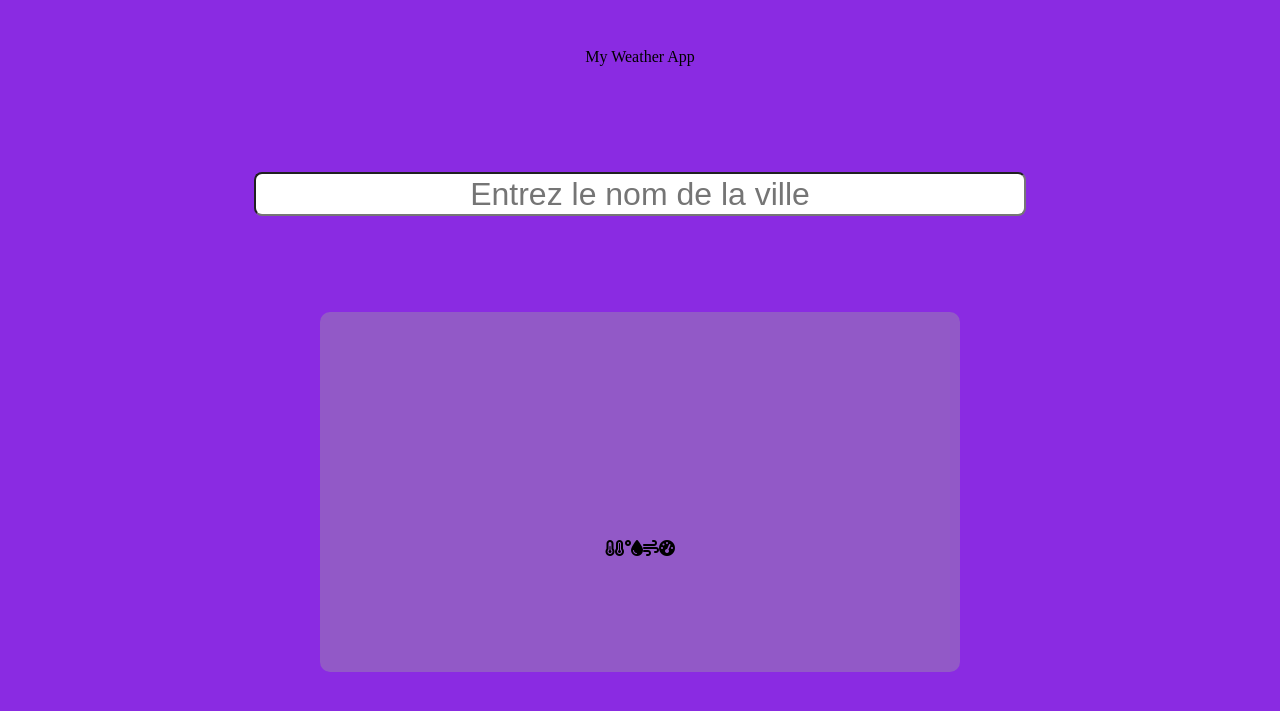
Repository: JeffnyAugustin/MyWeatherApp
Page: index.html
These files come from the project's save history. The page is drawn as it stood at one moment and after the next save; the edit follows.
The browser window is 1280 px wide. The pictures show the whole page.

Above is the page before, as saved 2023-11-14 16:38:22.

### index.html
<!DOCTYPE html>
<html lang="fr">

<head>
    <meta charset="UTF-8">
    <meta http-equiv="X-UA-Compatible" content="IE=edge">
    <meta name="viewport" content="width=device-width, initial-scale=1.0">
    <link rel="stylesheet" href="https://cdnjs.cloudflare.com/ajax/libs/font-awesome/6.4.0/css/all.min.css"
        integrity="sha512-iecdLmaskl7CVkqkXNQ/ZH/XLlvWZOJyj7Yy7tcenmpD1ypASozpmT/E0iPtmFIB46ZmdtAc9eNBvH0H/ZpiBw=="
        crossorigin="anonymous" referrerpolicy="no-referrer" />
    <link rel="stylesheet" href="/css/style.css">
    <title>My Weather App</title>
</head>

<body>

    <div id="container">My Weather App</div>

    <script src="/js/script.js"></script>
</body>

</html>

### css/style.css
* {
    padding : 0;
    margin: 0;
}

body {
display: flex;
justify-content: center;
}

#container {
    background-color: blueviolet;
    height: 100vh;
    width: 100vw;
    display: flex;
    flex-direction: column;
    align-items: center;
    justify-content: space-around;

}

#searchBox {
    text-align: center;
    width: 60%;
    height: 40px;
    border-radius: 8px;
    margin-top: 10px;
    font-size: 2rem;
}


#allTogether {
    width: 50VW;
    height: 50VH;
    display: flex;
    flex-direction: column;
    justify-content: space-evenly;
    align-items: center;
    background-color: rgb(158 158 158 / 40%);
    border-radius: 10px;
}

div#meteoElement {
    display: flex;
    flex-direction: row;
    justify-content: space-around;
    flex-wrap: wrap;
}

div#cityElement {
    display: flex;
    flex-direction: row;
    gap: 10px;
}

p {
    font-size: 2rem;
    color: white;
}

p.cityName {
    text-align: center;
}

### js/script.js
// Clé D'api
const API_KEY = "b476218e49ef0d0755a713e9ba77f79a";
// Lien vers L'api finissant par une recherche
const API_URL = `https://api.openweathermap.org/data/2.5/forecast?appid=${API_KEY}&units=metric&lang=fr&q=`;


const divContain = document.getElementById("container");
divContain.id = "container";

// Création barre de recherche
const inputSearch = document.createElement("input");
inputSearch.id = "searchBox";
inputSearch.type = "text";
inputSearch.placeholder = "Entrez le nom de la ville"; // Ajout du placeholder

// Création de div
const newDiv = document.createElement("div");
newDiv.id = "allTogether";

const infoCityDiv = document.createElement("div");
infoCityDiv.id = "cityDescription";


// Création de div oiuyr stocker img + description
const cityImgDiv = document.createElement("div");
cityImgDiv.id = "cityElement";

// Création de div pour afficher les informations météorologiques
const weather = document.createElement("div");
weather.id = "meteoElement";

// Création balise paragraphe pour collecter le nom de la ville
const cityName = document.createElement("p");
cityName.className = "cityName";

// Création de div pour afficher la température
const temperatureDiv = document.createElement("div");
temperatureDiv.className = "temperature-container";

// Création balise paragraphe
const temperature = document.createElement("p");
temperature.className = "temps";

// Création de div pour afficher le temps ressenti
const feelsLikeDiv = document.createElement("div");
feelsLikeDiv.className = "feels-like-container";

// Création balise paragraphe pour la sensation thermique
const feelsLike = document.createElement("p");
feelsLike.className = "feels-like";

// Création de div pour afficher l'humidité
const humidityDiv = document.createElement("div");
humidityDiv.className = "humidity-container";

// Création de balise paragraphe pour l'humidité
const humidity = document.createElement("p");
humidity.className = "humidity";

// Création de div pour afficher le vent
const windDiv = document.createElement("div");
windDiv.className = "wind-container";

// Création de balise wind
const DataWind = document.createElement("p");
DataWind.className = "wind";



// Création de div pour l'humidité
const pressureDiv = document.createElement("div");
pressureDiv.className = "pressure-container";

// Création de balise paragraphe pour la pression atmosphérique
const pressure = document.createElement("p");
pressure.className = "pressure";

// Création de div pour afficher la description
const descriptionDiv = document.createElement("div");
descriptionDiv.className = "description-container";

// Création de balise paragraphe pour la description
const description = document.createElement("p");
description.className = "description";



// Création balise image
const image = document.createElement("img");

// Création balise icône pour la température
const temperatureIcon = document.createElement("i");
temperatureIcon.className = "fas fa-thermometer-half";

// Création balise icône pour la sensation thermique
const feelsLikeIcon = document.createElement("i");
feelsLikeIcon.className = "fas fa-temperature-high";

// Création balise icône pour l'humidité
const humidityIcon = document.createElement("i");
humidityIcon.className = "fas fa-tint";

// Création balise icône pour le vent
const windIcon = document.createElement("i");
windIcon.className = "fas fa-wind";

// Création balise icône pour la pression
const pressureIcon = document.createElement("i");
pressureIcon.className = "fas fa-tachometer-alt";



temperatureDiv.append(temperatureIcon, temperature); // ajout de l'icône

feelsLikeDiv.append(feelsLikeIcon, feelsLike); // ajout de l'icône

humidityDiv.append(humidityIcon, humidity); // ajout de l'icône

windDiv.append(windIcon, DataWind); // ajout de l'icône

pressureDiv.append(pressureIcon, pressure)

descriptionDiv.appendChild( description); // ajout de l'icône

function checkWeather(city) {
    fetch(API_URL + city)
        .then(res => {
            if (!res.ok) {
                throw new Error("La ville n'a pas été trouvée");
            }
            return res.json();
        })
        .then(data => {
            cityName.textContent = data.city.name;
            image.src = `http://openweathermap.org/img/w/${data.list[0].weather[0].icon}.png`;

            description.textContent = data.list[0].weather[0].description;
            temperature.textContent = "temperatureIcon: " + Math.round(data.list[0].main.temp) + "°C";
            feelsLike.textContent = "Temps Ressenti : " + Math.round(data.list[0].main.feels_like) + "°C";
            humidity.textContent = "humidityIcon : " + data.list[0].main.humidity + "%";
            DataWind.textContent = "Vitesse du vent : " + Math.floor(data.list[0].wind.speed) + " Km/h";
            pressure.textContent = "Pression : " + data.list[0].main.pressure + " hPa";

        })
        .catch(error => {
            console.error("Erreur de requête :", error.message);
            // Ajoutez ici un traitement pour informer l'utilisateur de l'erreur
        });
}

inputSearch.addEventListener("change", () => {
    checkWeather(inputSearch.value);
});

weather.append(temperatureDiv, feelsLikeDiv, humidityDiv, windDiv, pressureDiv); // ajout des éléments Weather
newDiv.append(infoCityDiv, weather); // ajout du conteneur Weather à newDiv
infoCityDiv.append(cityName, cityImgDiv)
cityImgDiv.append(image, descriptionDiv)
divContain.append(inputSearch, newDiv); // ajout de tous les éléments à divContain
document.body.appendChild(divContain);



// Mise à jour des informations météorologiques toutes les 5 minutes
setInterval(function() {
    // Ici, mettre à jour les informations de la météo à l'aide de l'API ou d'autres sources
   }, 5 * 60 * 1000);

After the next save:
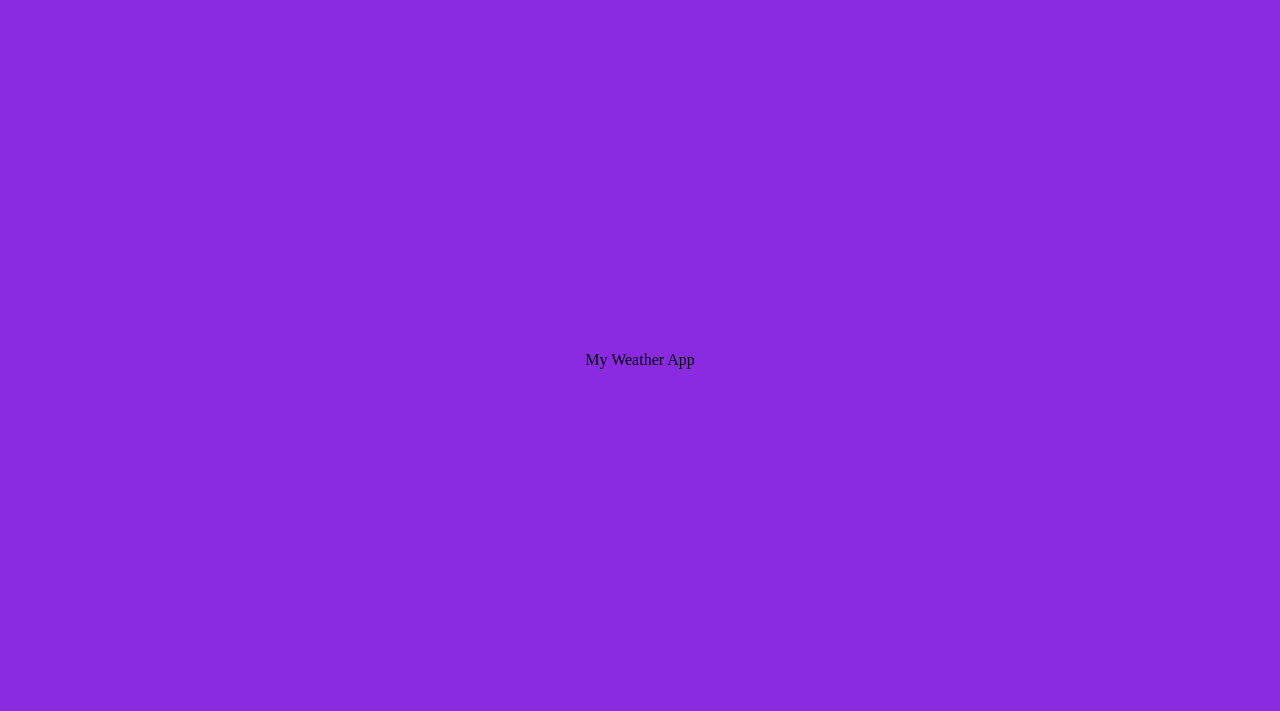
Console error: SyntaxError: Unexpected token ':'
Saved 7 s later.
--- a/js/script.js
+++ b/js/script.js
@@ -135,7 +135,7 @@
             image.src = `http://openweathermap.org/img/w/${data.list[0].weather[0].icon}.png`;
 
             description.textContent = data.list[0].weather[0].description;
-            temperature.textContent = "temperatureIcon: " + Math.round(data.list[0].main.temp) + "°C";
+            temperature.textContent = temperatureIcon: " + Math.round(data.list[0].main.temp) + "°C";
             feelsLike.textContent = "Temps Ressenti : " + Math.round(data.list[0].main.feels_like) + "°C";
             humidity.textContent = "humidityIcon : " + data.list[0].main.humidity + "%";
             DataWind.textContent = "Vitesse du vent : " + Math.floor(data.list[0].wind.speed) + " Km/h";

After the save that followed:
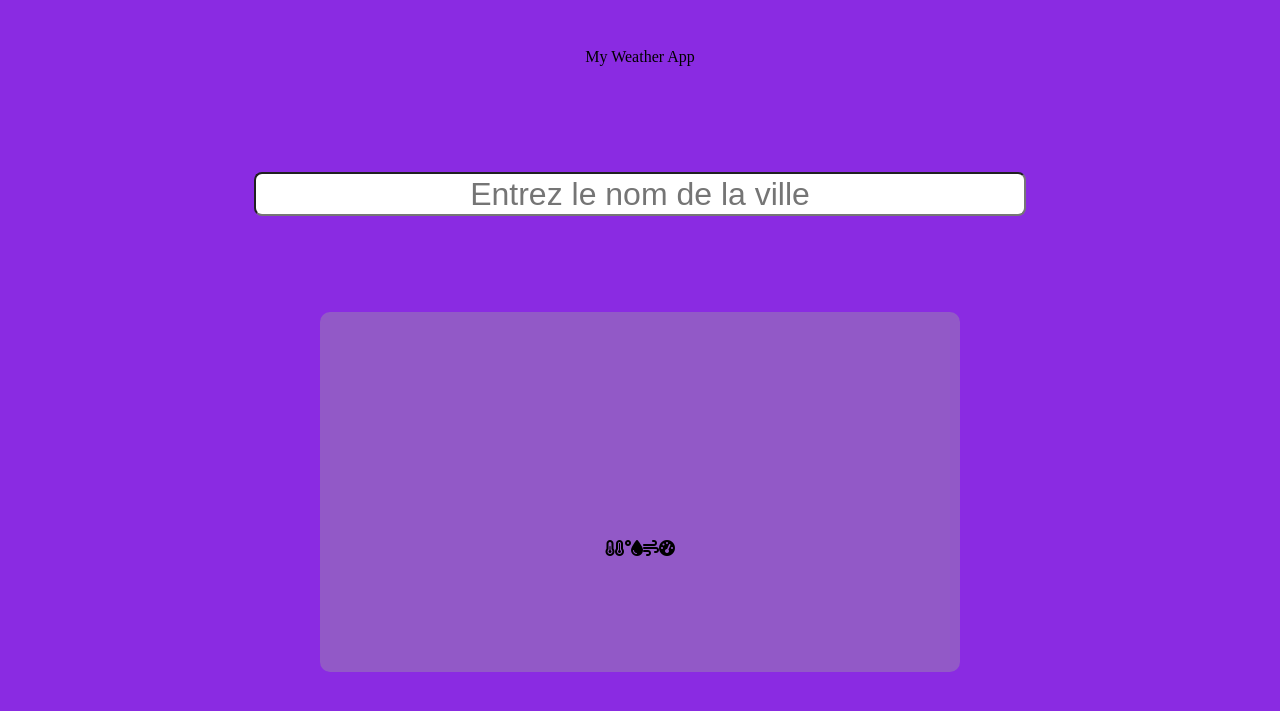
The error is gone.
Saved 6 s later.
--- a/js/script.js
+++ b/js/script.js
@@ -135,7 +135,7 @@
             image.src = `http://openweathermap.org/img/w/${data.list[0].weather[0].icon}.png`;
 
             description.textContent = data.list[0].weather[0].description;
-            temperature.textContent = temperatureIcon: " + Math.round(data.list[0].main.temp) + "°C";
+            temperature.textContent = temperatureIcon + Math.round(data.list[0].main.temp) + "°C";
             feelsLike.textContent = "Temps Ressenti : " + Math.round(data.list[0].main.feels_like) + "°C";
             humidity.textContent = "humidityIcon : " + data.list[0].main.humidity + "%";
             DataWind.textContent = "Vitesse du vent : " + Math.floor(data.list[0].wind.speed) + " Km/h";
